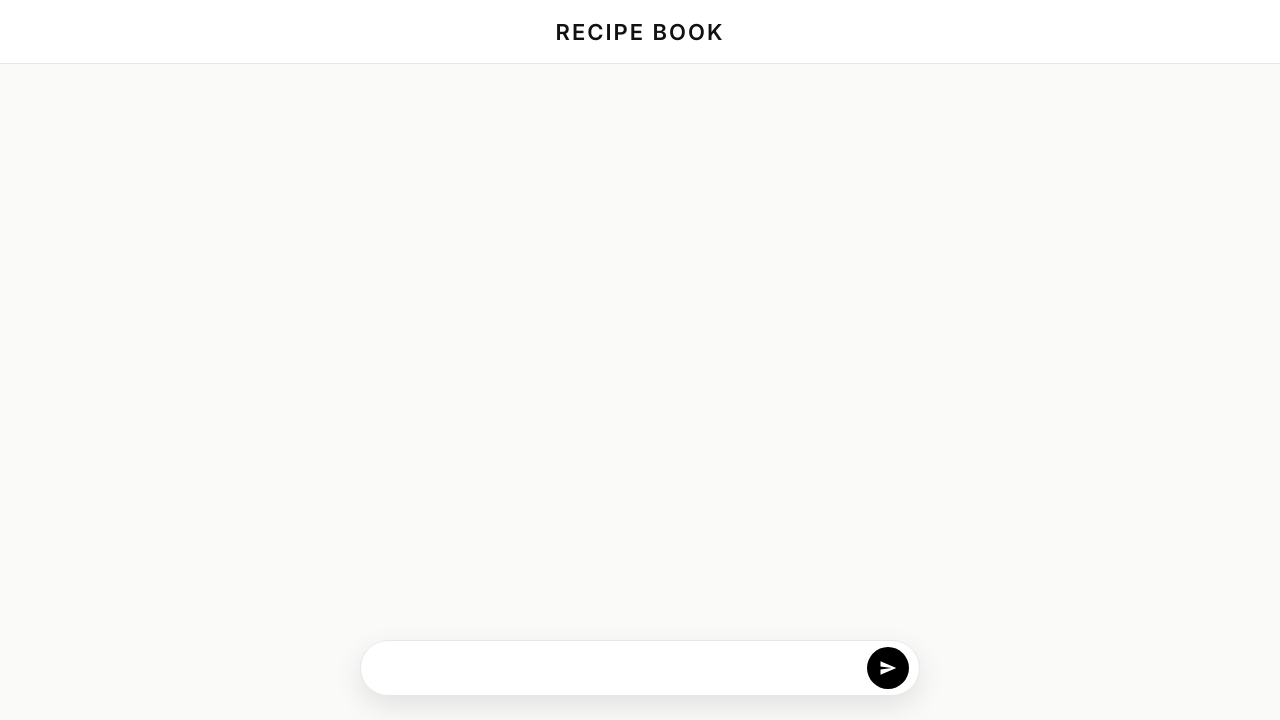
Repository: Tanvir0072309/Recipe-App
Page: /
An editor plug-in stored every save of this project. The page is shown before and after the next save, followed by the edit.
The browser window is 1280 px wide. The pictures show the whole page.
The project was rebuilt for these pictures with package versions that can differ from the ones it lists, and the page was loaded fresh each time. Also part of the build but not shown: vite.config.js.

Above is the page before, as saved 2026-01-25 15:02:00.

### index.html
<!doctype html>
<html lang="en">
  <head>
    <meta charset="UTF-8" />
    <meta name="viewport" content="width=device-width, initial-scale=1.0" />
    <title>Recipe App</title>
  </head>
  <body>
    <div id="root"></div>
    <script type="module" src="/src/index.jsx"></script>
  </body>
</html>

### src/index.jsx
import React from "react";
import ReactDOM from "react-dom/client";
import { Header } from "./components/header";
import { RecipeInput } from "./components/RecipeInput";
import "./index.css";
import MyMain from "./components/main";

const root = ReactDOM.createRoot(document.getElementById("root"));

root.render(
    <React.StrictMode>
        <Header />
        <MyMain />
    </React.StrictMode>
);

### src/components/header.jsx
import React from "react";
import "../index.css"; // kyunki index.css src me hai

export function Header() {
    return (
        <header className="ai-header">
            <h1 className="app-title">RECIPE BOOK</h1>
        </header>
    );
}

### src/components/RecipeInput.jsx
import { useState, useRef } from "react";
import "../index.css";
import React from "react";

export function RecipeInput({ onAdd }) {
    const [result, setResult] = React.useState("");
    const [text, setText] = useState("");
    const inputRef = useRef(null);

    const handleSubmit = (e) => {
        e.preventDefault();

        if (text.trim() === "") return;

        onAdd(text);     // ✅ array me ja raha
        setText("");     // ✅ input clear

        inputRef.current.focus(); // ✅ cursor back
    };

    function handleChange() {
        setResult(prvResult => prvResult + 1);
    }

    return (
        <form onSubmit={handleSubmit}>
            <div className="floating-input">
                <input
                    ref={inputRef}
                    type="text"
                    value={text}
                    onChange={(e) => setText(e.target.value)}
                    autoFocus
                />
                <h1>{result}</h1>
                <button onClick={handleChange} type="submit" aria-label="submit">
                    {/* FIXED ICON */}
                    <svg
                        width="18"
                        height="18"
                        viewBox="0 0 24 24"
                        fill="white"
                    >
                        <path d="M2 21L23 12L2 3V10L17 12L2 14Z" />
                    </svg>
                </button>
            </div>
        </form>
    );
}

### src/index.css
/* ===== GOOGLE FONT ===== */
@import url("https://fonts.googleapis.com/css2?family=Inter:wght@400;500;600;700&display=swap");

/* ===== RESET ===== */
* {
  margin: 0;
  padding: 0;
  box-sizing: border-box;
  font-family: "Inter", system-ui, sans-serif;
}

/* ===== PAGE ===== */
body {
  background: #fafaf8;
  color: #111111;
  min-height: 100vh;
}

/* ===== HEADER ===== */
.ai-header {
  height: 64px;
  width: 100%;
  background: #ffffff;

  display: flex;
  align-items: center;
  justify-content: center;
  gap: 12px;

  border-bottom: 1px solid #e5e7eb;
}

.logo-icon {
  font-size: 20px;
  opacity: 0.85;
}

.app-title {
  font-size: 22px;
  font-weight: 600;
  letter-spacing: 2px;
  text-transform: uppercase;
}

/* ===== FLOATING INPUT ===== */
.floating-input {
  position: fixed;
  bottom: 24px;
  left: 50%;
  transform: translateX(-50%);

  width: min(92%, 560px);
  height: 56px;

  background: #ffffff;
  border: 1px solid #e5e7eb;
  border-radius: 999px;

  display: flex;
  align-items: center;
  padding: 8px 10px 8px 18px;

  box-shadow: 0 12px 32px rgba(0, 0, 0, 0.1);
}

/* ===== INPUT ===== */
.floating-input input {
  flex: 1;
  border: none;
  outline: none;
  font-size: 15px;
  background: transparent;
  color: #111111;
}

/* ===== BUTTON ===== */
.floating-input button {
  width: 42px;
  height: 42px;
  border-radius: 50%;
  border: none;

  background: #000000;
  color: #ffffff;
  font-size: 18px;

  cursor: pointer;
  display: flex;
  align-items: center;
  justify-content: center;
}

.floating-input button:hover {
  opacity: 0.9;
}

/* ===== RECIPE LIST ===== */
/* ===== FLOATING INPUT ===== */
.floating-input {
  position: fixed;
  bottom: 24px;
  left: 50%;
  transform: translateX(-50%);

  width: min(92%, 560px);
  height: 56px;

  background: #ffffff;
  border-radius: 999px;

  display: flex;
  align-items: center;
  padding: 8px 10px 8px 18px;

  box-shadow: 0 10px 28px rgba(0, 0, 0, 0.1);
}

/* ===== INPUT (CURSOR ONLY) ===== */
.floating-input input {
  flex: 1;
  border: none;
  outline: none;
  background: transparent;

  font-size: 15px;
  color: #111111;
  caret-color: #000000;
  /* 👈 cursor line */
}

/* remove default focus styles */
.floating-input input:focus {
  outline: none;
  box-shadow: none;
}

/* ===== BUTTON ===== */
.floating-input button {
  width: 42px;
  height: 42px;
  border-radius: 50%;
  border: none;

  background: #000000;
  cursor: pointer;

  display: flex;
  align-items: center;
  justify-content: center;
}

/* index.css mein check karein */
ul {
  list-style: disc;
  margin: 20px;
  color: black;
  /* Ensure text color is visible */
}

li {
  padding: 10px;
  border-bottom: 1px solid #eee;
}

### src/components/main.jsx
import { useState } from "react";
import { RecipeInput } from "./RecipeInput";
import React from "react";

export default function Main() {
    const [items, setItems] = useState([]);


    const addItem = (value) => {
        setItems((prev) => [...prev, value]);
    };

    return (
        <>
            <div style={{ paddingBottom: "120px" }}>
                <ul>
                    {items.map((item, i) => (
                        <li key={i}>{item}</li>
                    ))}
                </ul>
            </div>

            <RecipeInput onAdd={addItem} />
        </>
    );
}

After the next save:
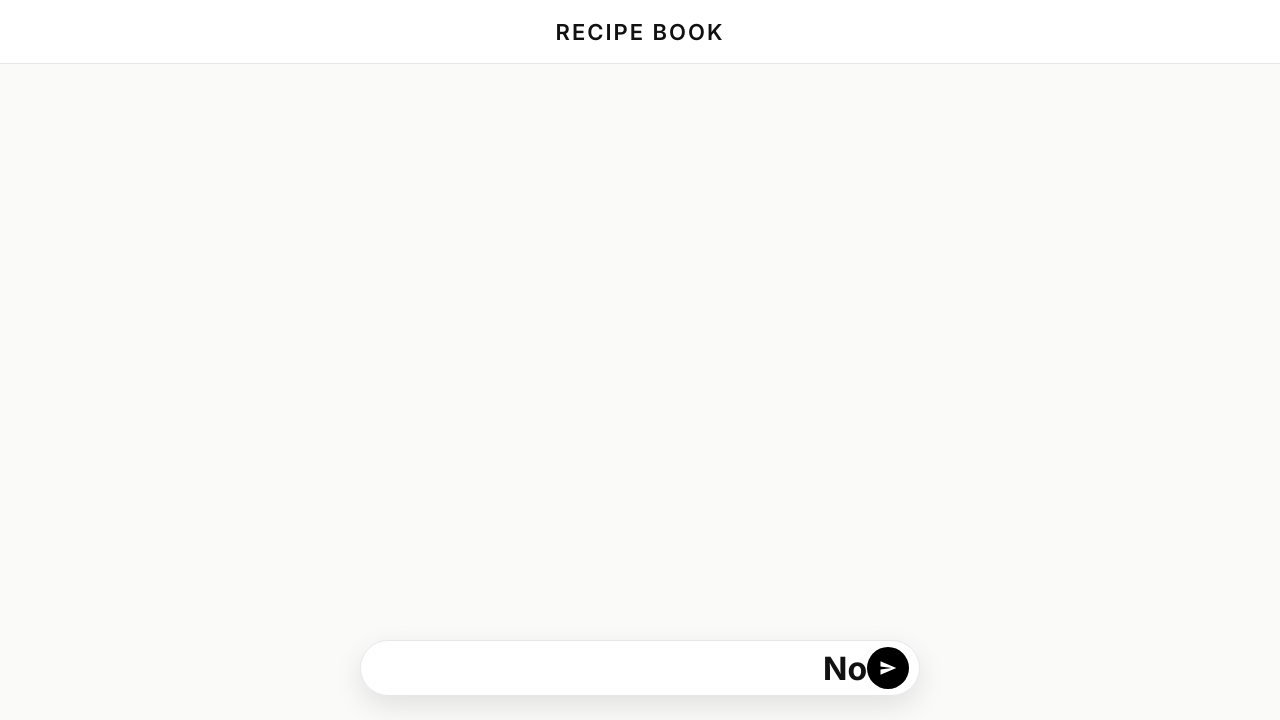
Saved 5 s later.
--- a/src/components/RecipeInput.jsx
+++ b/src/components/RecipeInput.jsx
@@ -3,7 +3,7 @@ import "../index.css";
 import React from "react";
 
 export function RecipeInput({ onAdd }) {
-    const [result, setResult] = React.useState("");
+    const [result, setResult] = React.useState("No");
     const [text, setText] = useState("");
     const inputRef = useRef(null);
 
